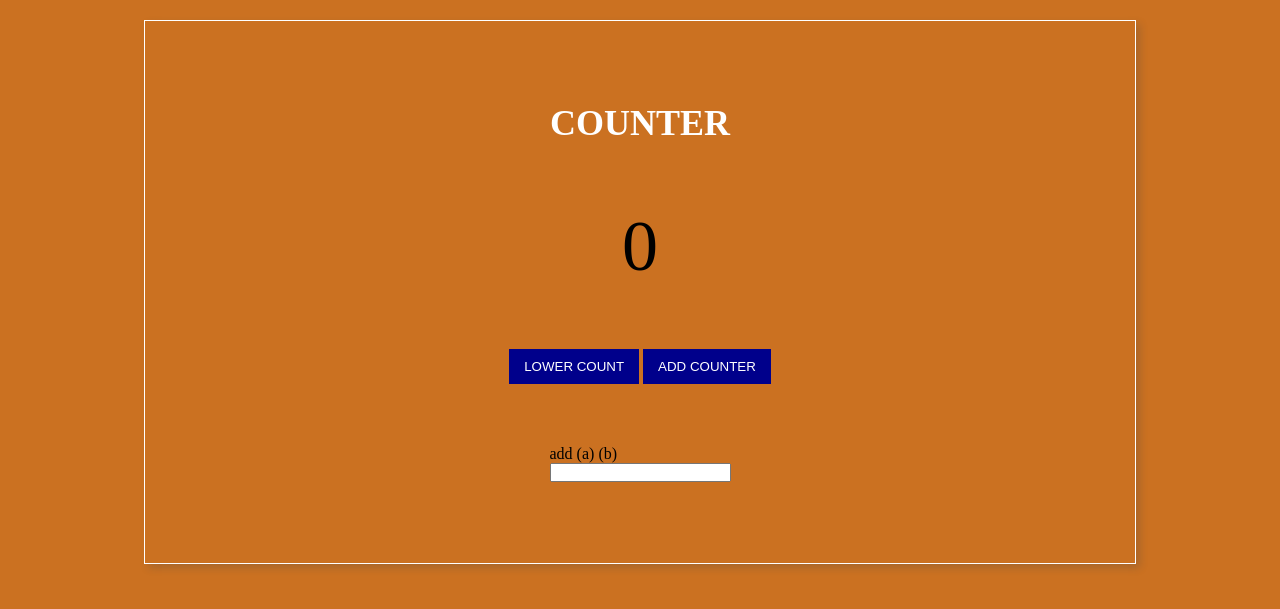
Repository: lusine-tech/counter
Page: index.html
An editor plug-in stored every save of this project. The page is shown before and after a run of saves, followed by the edit.
The browser window is 1280 px wide. The pictures show the whole page.

Above is the page before, as saved 2022-02-14 19:33:43.

After the next 2 saves:
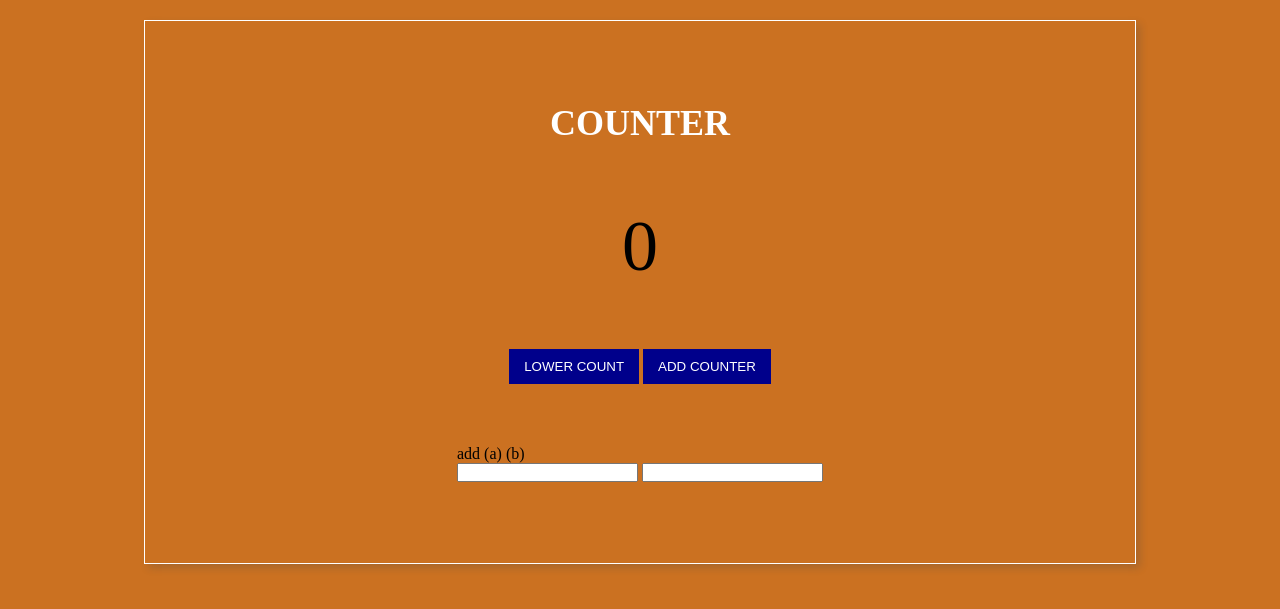
The 2 saves are shown as one change because they came seconds apart.
The last was saved 7 s later.
--- a/index.html
+++ b/index.html
@@ -20,6 +20,7 @@
         <p class="sum">add <span class="left-input">(a)</span>
             <span class="right-input">(b)</span></p>
             <input type="number" class="left-number">
+            <input type="number" class="left-number">
     </div>
     </div>
     </section>
